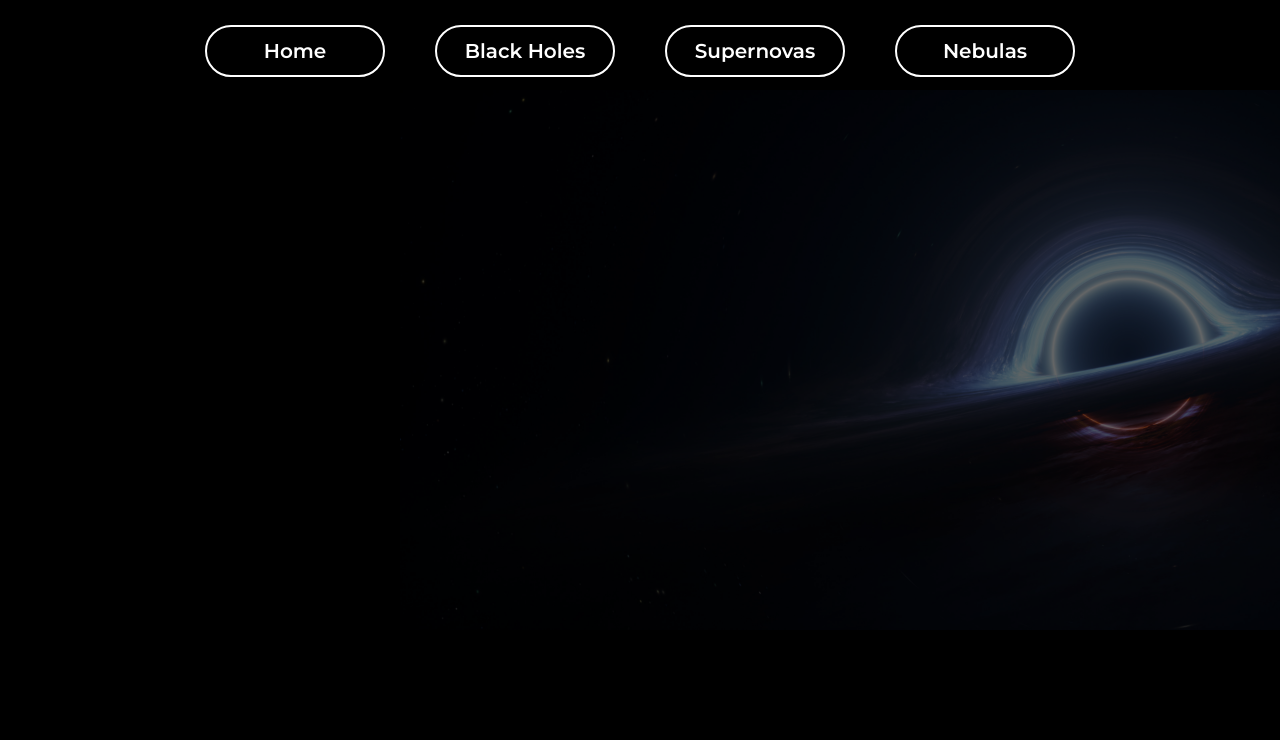
Repository: english-only/Space-Website
Page: black_hole.html
The author's editor kept a copy of each file at every save. The page is drawn from the files as they stood at one save, then again after the next save.
The browser window is 1280 px wide. The pictures show the whole page.
Backgrounds fixed to the window are drawn as part of the page.

Above is the page before, as saved 2024-12-16 00:00:55.

### black_hole.html
<!DOCTYPE html>
<html lang="en">
  <head>
    <meta charset="utf-8" />
    <meta http-equiv="X-UA-Compatible" content="IE=edge" />
    <title>Welcome to Space</title>
    <meta name="viewport" content="width=device-width, initial-scale=1" />
    <link rel="stylesheet" type="text/css" media="screen" href="main.css" />
  </head>
  <body>
    <div class="background-2 fade-in"></div>
    <div class="wrapper fade-in">
      <nav class="navbar fade-in">
        <a href="index.html"
          ><button class="nav-button fade-in">Home</button></a
        >
        <a href="black_hole.html"
          ><button class="nav-button fade-in">Black Holes</button></a
        >
        <a href="supernovas.html"
          ><button class="nav-button fade-in">Supernovas</button></a
        >
        <a href="nebulas.html"
          ><button class="nav-button fade-in">Nebulas</button></a
        >
      </nav>
  </body>
</html>

### main.css
@import url('https://fonts.googleapis.com/css2?family=Montserrat:ital,wght@0,100..900;1,100..900&display=swap');
@keyframes fadeIn {
  from {
    opacity: 0;
  }
  to {
    opacity: 1;
  }
}

/* Fade-in class to be used on elements */
.fade-in {
  opacity: 0; /* Start invisible */
  animation: fadeIn 1s ease-in forwards; /* Apply fade-in animation */
}
body,
html {
  /* Ensure the body and html take full height */
  height: 100%;
  margin: 0;
  font-family: 'Montserrat';
  font-weight: 400;
  color: white;
}

body {
  /* Set a fallback background color */
  background-color: black;
}

.background {
  background-attachment: fixed;
  background-image: url('essay-gettyimages-1237093074.webp');
  background-size: cover;
  background-position: center;
  background-repeat: no-repeat;
  position: fixed; /* Keep background fixed while scrolling */
  height: 100vh;
  width: 100%;
  filter: brightness(25%);
  top: 0;
  left: 0;
  z-index: -10;
}

.wrapper {
  display: flex;
  flex-direction: column;
  justify-content: flex-start; /* Align items to the top */
  align-items: center; /* Center items horizontally */
  height: 100vh;
  position: relative;
  padding-top: 20px;
  opacity: 0; /* Start invisible */
  animation: fadeIn 0.5s ease-in forwards; /* Apply fade-in animation */
}

.navbar {
  display: flex;
  gap: 50px;
  margin-top: 5px; /* Adjust as needed for spacing from the top */
}

.nav-button {
  padding: 12px 20px;
  border: 2px solid white;
  background-color: rgba(0, 0, 0, 0.5);
  color: white;
  font-size: 16px;
  cursor: pointer;
  transition: background-color 0.3s, color 0.3s;
  font-family: 'Red Hat Display';
  font-weight: 600;
  font-size: 20px;
  width: 180px;
  border-radius: 800px;
  font-family: Montserrat;
}

.nav-button:hover {
  background-color: white;
  color: black;
}

.hero-text {
  color: white;
  font-size: 50px;
  font-weight: 700;
  text-align: center;
  padding: 0; /* Remove padding to minimize hover area */
  display: inline-block; /* Restrict hover area to text content */
  transition: text-shadow 0.3s ease-in-out, transform 0.3s ease-in-out; /* Smooth transition */
}

.hero-text:hover {
  text-shadow: 2px 2px 5px rgba(255, 255, 255, 0.7); /* White shadow */
  transform: translateY(-5px); /* Raised effect */
}

@keyframes fadeInOut {
  0% {
    opacity: 0.5;
  }
  50% {
    opacity: 1;
  }
  100% {
    opacity: 0.5;
  }
}

.card-wrapper {
  display: flex;
  flex-direction: column; /* Stack cards vertically */
  align-items: center; /* Center cards horizontally */
  margin-top: 50px; /* Adjusts space from the top */
}

.row {
  display: flex;
  gap: 650px; /* Space between the cards */
  justify-content: center; /* Center the row */
  align-items: flex-start; /* Align cards to the top */
}

.black_hole {
  margin-left: -100px; /* Move the Black Holes card to the left */
  width: 500px;
}

.black_hole a {
  margin-left: 110px;
}

.cards {
  font-size: 25px;
  color: white;
  margin-left: 20px; /* Adds space to the left */
  box-sizing: border-box;
  position: relative;
  top: -450px; /* Moves the element upwards */
  margin-left: -20px;
  text-align: center;
}

.cards a {
  color: white;
  text-decoration: none;
  border: white 2px solid;
  display: inline-block;
  text-align: center;
  box-sizing: border-box;
  padding: 6px 20px;
  line-height: normal;
  transition: text-shadow 0.3s ease-in-out, transform 0.3s ease-in-out,
    background-color 0.3s ease-in-out, color 0.3s ease-in-out;
  border-radius: 600px;
}

.cards a:hover {
  text-shadow: 2px 2px 5px rgba(255, 255, 255, 0.7);
  transform: translateY(-5px);
  background-color: rgb(223, 223, 223);
  color: black;
}

.cards a h3 {
  margin: 0;
  padding: 0;
}

.cards p {
  margin-top: 15px;
  width: 600px; /* Adjust width to fit within card */
}

.cards p:hover {
  text-shadow: 2px 2px 5px rgba(255, 255, 255, 0.6);
  transform: translateY(-5px);
  transition: text-shadow 0.3s ease-in-out, transform 0.3s ease-in-out;
}

.nebula-card {
  margin-top: 100px;
}

.nebula-card a {
  justify-content: center;
  align-items: center;
  margin-left: 40px;
}

.nebula-card p {
  text-align: left;
  text-wrap: pretty;
  text-align: left; /* Align text to the left */
  width: 100%; /* Ensure the card takes the full width */
  margin-left: 100px;
  margin-right: 200px;
  max-width: 1750px;
  text-align: center; /* Align text to the center */
}

.videos {
  margin-top: -190px; /* Adjust the space below the Nebula card */
  text-align: center;
  width: 100%; /* Ensure it takes the full width */
  text-decoration: underline;
}

.videos h2 {
  position: relative; /* Ensure the text is positioned in normal flow */
  z-index: 1; /* Make sure it's above other content */
  pointer-events: auto; /* Allow text selection */
  overflow: visible; /* Ensure text is not clipped */
}

.video-links {
  display: grid;
  grid-template-columns: repeat(3, 400px); /* 3 columns, each 400px wide */
  grid-template-rows: repeat(2, 400px); /* 3 rows, each 400px tall */
  gap: 100px; /* Space between grid items */
  justify-content: center; /* Center the grid horizontally within the container */
  align-items: center; /* Center the grid items vertically */
  margin-top: -120px; /* Space above the grid (adjust this to decrease the gap) */
  margin-left: 160px;
}

.button-container {
  display: contents; /* Ensure buttons are placed directly in the grid */
}

.button-container a {
  display: block; /* Ensure buttons occupy full width of their grid cell */
  width: 200px; /* Full width of the grid cell */
  text-align: center;
  color: white;
  font-size: 20px;
  text-decoration: none; /* Remove underline */
  border: 2px solid white;
  padding: 8px 12px;
  border-radius: 600px;
  height: 30px;
  transition: background-color 0.3s, color 0.3s;
  margin-bottom: 10px; /* Decrease the space between the buttons and the text below */
}

.button-container a:hover {
  background-color: white;
  color: black;
  text-decoration: underline;
  font-weight: 500;
}

.images {
  display: contents; /* Ensure images are placed directly in the grid */
}

.black-hole-image,
.supernova-image,
.nebula-image {
  width: 100%; /* Full width of the grid cell */
  border: 2px solid white;
  border-radius: 20px;
  margin-top: -630px; /* Decrease the space between the images and the buttons above */
  margin-left: -10px;
}

.black-hole-image {
  width: 100%; /* Full width of the grid cell */
  border: 2px solid white;
  border-radius: 20px;
  margin-top: -630px; /* Decrease the space between the images and the buttons above */
  margin-left: -95px;
}

.supernova-image {
  width: 100%; /* Full width of the grid cell */
  border: 2px solid white;
  border-radius: 20px;
  margin-top: -630px; /* Decrease the space between the images and the buttons above */
  margin-left: -95px;
}

.nebula-image {
  height: 270px;
  width: auto;
  border: 2px solid white;
  border-radius: 20px;
  margin-top: -630px; /* Decrease the space between the images and the buttons above */
  margin-left: -125px;
}

/* page 2 from below */
.background-2 {
  background-attachment: fixed;
  background-image: url('thumb-1920-1346075.png');
  background-size: contain;
  background-position: 400px;
  background-repeat: no-repeat;
  position: fixed; /* Keep background fixed while scrolling */
  height: 100vh;
  width: 100%;
  filter: brightness(40%);
  top: 0;
  left: 0;
  z-index: -10;
}

@keyframes fadeIn {
  from {
    opacity: 0;
  }
  to {
    opacity: 1;
  }
}

After the next save:
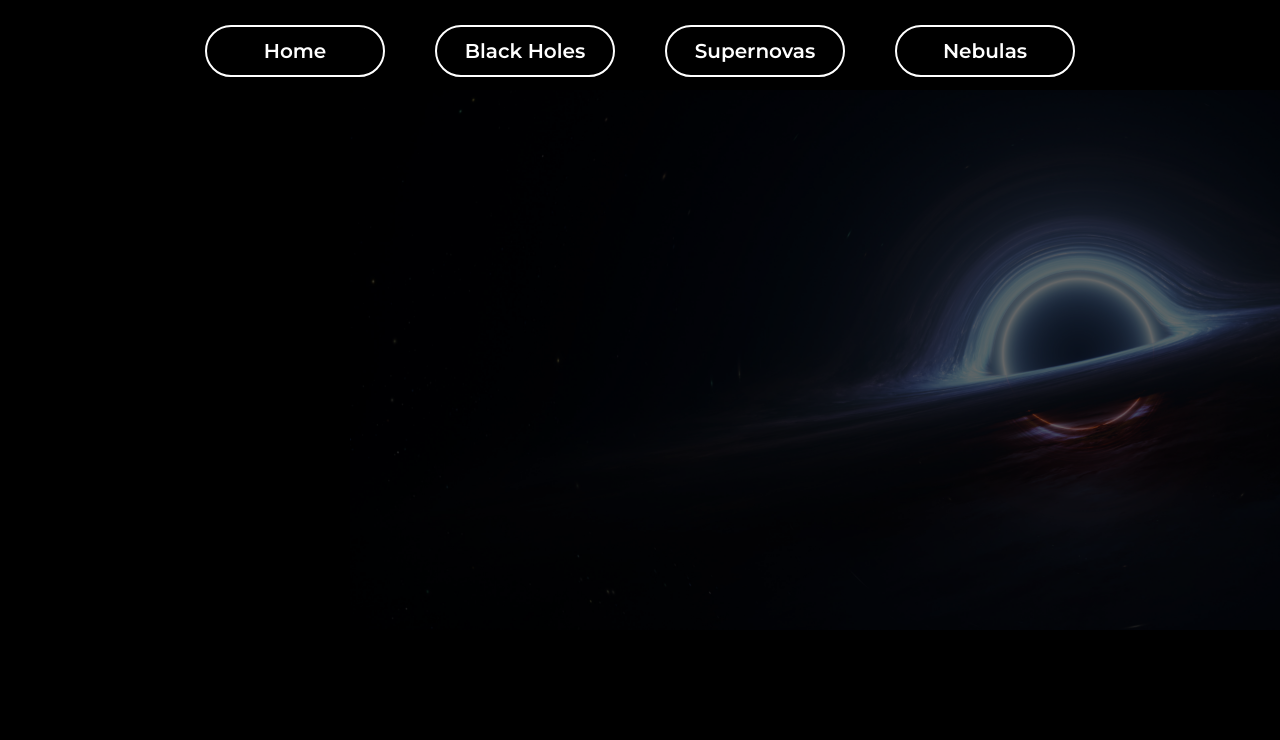
Saved 4 s later.
--- a/main.css
+++ b/main.css
@@ -296,7 +296,7 @@ body {
   background-attachment: fixed;
   background-image: url('thumb-1920-1346075.png');
   background-size: contain;
-  background-position: 400px;
+  background-position:350px;
   background-repeat: no-repeat;
   position: fixed; /* Keep background fixed while scrolling */
   height: 100vh;
